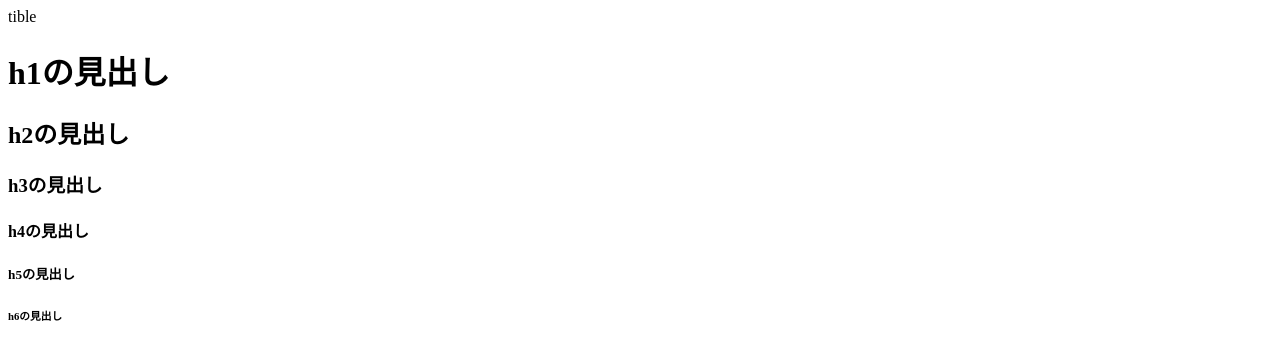
Repository: wadashuri/gourmand-site
Page: 03/heading.html
The author's editor kept a record of every edit. The page is drawn from the files as they stood at one moment, then again after the next edit.
The browser window is 1280 px wide. The pictures show the whole page.

Above is the page before.

After the next edit:
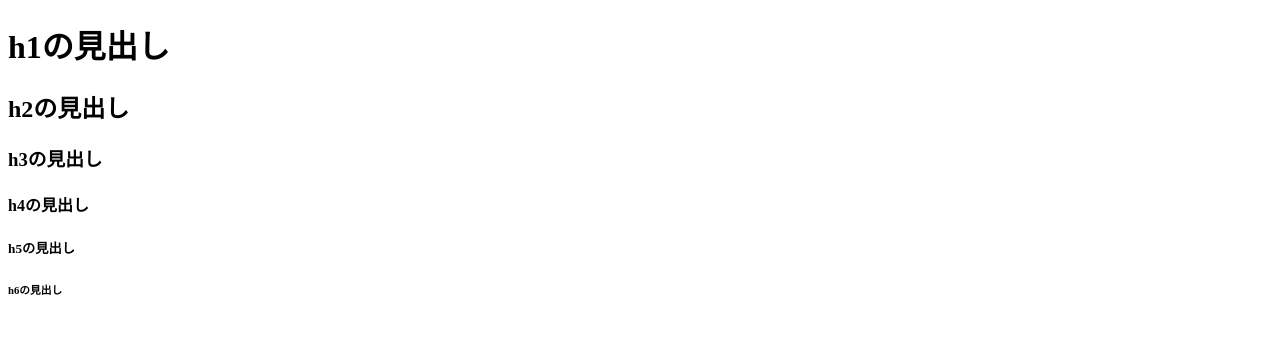
The edit:
--- a/03/heading.html
+++ b/03/heading.html
@@ -1,5 +1,5 @@
 <!DOCTYPE html>
-<html lang="ja">tible
+<html lang="ja">
 <head>
     <meta charset="UTF-8">
     <meta http-equiv="X-UA-Compa" content="ie=edge">
